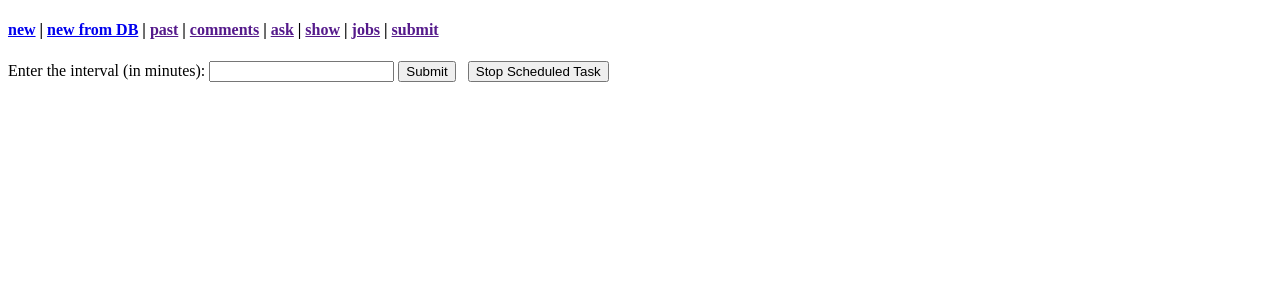
Repository: akshatmaheshwar/HackerNews-Clone
Page: http://localhost/HackerNews/dbnewest
These files come from the project's save history. The page is drawn as it stood at one moment and after the next save; the edit follows.
The browser window is 1280 px wide. The pictures show the whole page.
The page is served by Tomcat 10. Other server files are loaded and not shown. Queries for data that is not in the repository find no rows.

Above is the page before, as saved 2023-10-12 03:17:50.

### HackerNews/src/main/webapp/newest.jsp
<%@ page language="java" contentType="text/html; charset=ISO-8859-1"
    pageEncoding="ISO-8859-1"%>
    <%@ page import="java.util.ArrayList" %>
    <%@ page import="java.util.Iterator" %>
    <%@ page import="java.net.URI" %>
    <%@ page import="com.example.newest.Posts" %>
<!DOCTYPE html>
<html>
<head>
<meta charset="ISO-8859-1">
<title>Hacker News</title>
</head>
<body>
<%!
String timeDiff(Long timeStamp){
	long epoch = System.currentTimeMillis()/1000;
	long difference = epoch - timeStamp;
	if(difference/86400>0)return (difference/86400) + " days ago";
	if(difference/3600>0) return (difference/3600) + " hours ago";
	if (difference/60>0) return (difference/60) + " minutes ago";
	return (difference) + " seconds ago";
}
String getDomainName(String url){
	URI uri;
	try{
		uri = new URI(url);
		String host = uri.getHost();
		String domainName = host.startsWith("www.") ? host.substring(4) : host;
		return "(" + domainName + ")";
	}catch(Exception e){
		System.out.println(e);
	}
	return "";
}
%>
<h4> <a href ="newest">new</a>&nbsp;|&nbsp;<a href ="dbnewest">new from DB</a>&nbsp;|&nbsp;<a href ="">past</a>&nbsp;|&nbsp;<a href ="">comments</a>&nbsp;|&nbsp;<a href ="">ask</a>&nbsp;|&nbsp;<a href ="">show</a>&nbsp;|&nbsp;<a href ="">jobs</a>&nbsp;|&nbsp;<a href ="">submit</a></h4>
<% int startNo = 1;
if(request.getAttribute("pagination")!=null)startNo = (int)request.getAttribute("pagination")-29;%>
	<div style="display: flex;"><form action="scheduledservlet" method="post">
        Enter the interval (in minutes): <input type="text" name="intervalMinutes" required>
        <input type="submit" value="Submit">
    </form> &nbsp; &nbsp;
    <form action="stopscheduledservlet" method="post"><input type="submit" value="Stop Scheduled Task"></form></div>
<ol start = <%=startNo%>>
     <%
    ArrayList<Posts> postList = (ArrayList<Posts>)request.getAttribute("postList");

    if (postList != null) {
        Iterator<Posts> iterator = postList.iterator();
        while (iterator.hasNext()) {
            Posts item = iterator.next();
%>
            <li><span><a href ="<%=item.getUrl()%>"><%= item.getTitle() %></a> <%= getDomainName(item.getUrl())%> </span>
            <p><%=item.getScore()%> point &nbsp; Posted by <%=item.getBy() %> &nbsp; <%= timeDiff(item.getTime()) %><%if(item.getKids()!=null){%> &nbsp; <%=item.getKids().size()%> comments<%}%></p></li>
<%
        }
    }
%>
</ol>
<%if(request.getAttribute("pagination")!=null&&postList!=null&&!postList.isEmpty()){%> <a href = "dbnewest?pagination=${pagination}"> More</a><%} %>
</body>
</html>

### HackerNews/src/main/java/com/example/newest/DBNewestServlet.java
package com.example.newest;

import jakarta.servlet.ServletException;
import jakarta.servlet.annotation.WebServlet;
import jakarta.servlet.http.HttpServlet;
import jakarta.servlet.http.HttpServletRequest;
import jakarta.servlet.http.HttpServletResponse;
import java.io.IOException;
import java.math.BigDecimal;
import java.net.URL;
import java.sql.Connection;
import java.sql.DriverManager;
import java.sql.PreparedStatement;
import java.sql.ResultSet;
import java.sql.SQLException;
import java.sql.Statement;
import java.sql.Timestamp;
import java.time.Instant;
import java.util.ArrayList;
import java.util.List;
import java.util.Scanner;

import javax.net.ssl.HttpsURLConnection;

import com.fasterxml.jackson.databind.ObjectMapper;
@WebServlet("/dbnewest")
public class DBNewestServlet extends HttpServlet {
	private static final long serialVersionUID = 1L;

    public DBNewestServlet() {
        super();
    }
	protected void doGet(HttpServletRequest request, HttpServletResponse response) throws ServletException, IOException {
		int pagination = 0;
		if(request.getParameter("pagination")!=null)pagination = Integer.parseInt(request.getParameter("pagination"));
	    try {
			Class.forName("com.mysql.cj.jdbc.Driver");
		} catch (ClassNotFoundException e) {
			e.printStackTrace();
		}
	    try(Connection con = DriverManager.getConnection("jdbc:mysql://localhost:3306/HackerNews","root","root")){
	    	Statement st = con.createStatement();
	    	ResultSet rs = st.executeQuery("SELECT * FROM HackerNewsPost ORDER BY time DESC LIMIT 30 OFFSET " + pagination );
	    	List<Posts> postList = new ArrayList<Posts>();
	    	while(rs.next()) {
	    		Posts post = new Posts();
	    		post.setId(rs.getInt("id"));
	    		post.setBy(rs.getString("posted_by"));
	    		post.setDescendants(rs.getInt("descendants"));
	    		post.setScore(rs.getInt("score"));
	    		post.setText(rs.getString("text"));
	    		post.setTime(rs.getLong("time"));
	    		post.setTitle(rs.getString("title"));
	    		post.setType(rs.getString("type"));
	    		post.setUrl(rs.getString("url"));
	    		postList.add(post);
	    	}
	    	request.setAttribute("postList", postList);
	    }catch(Exception e) {e.printStackTrace();}
	    request.setAttribute("pagination", pagination+30);
        request.getRequestDispatcher("/newest.jsp").forward(request, response);

	}

	protected void doPost(HttpServletRequest request, HttpServletResponse response) throws ServletException, IOException {

		URL urlObj = new URL("https://hacker-news.firebaseio.com/v0/newstories.json?print=pretty");
		HttpsURLConnection connection = (HttpsURLConnection) urlObj.openConnection();
		connection.setRequestMethod("GET");
		int responseCode = connection.getResponseCode();

		if(responseCode == HttpsURLConnection.HTTP_OK) {
			StringBuilder sb = new StringBuilder();
			Scanner sc = new Scanner(connection.getInputStream());

			while(sc.hasNext())sb.append(sc.nextLine());
			sc.close();

			ObjectMapper om = new ObjectMapper();
			@SuppressWarnings("unchecked")
			List<Integer> jsonArr = om.readValue(sb.toString(),List.class);
			List<Posts> postList = new ArrayList<Posts>();

			for(int i=0;i<30;i++) {
				URL urlObj1 = new URL("https://hacker-news.firebaseio.com/v0/item/"+jsonArr.get(i)+".json?print=pretty");
				HttpsURLConnection connection1 = (HttpsURLConnection) urlObj1.openConnection();
				connection1.setRequestMethod("GET");
				int responseCode1 = connection1.getResponseCode();

				if(responseCode1 == HttpsURLConnection.HTTP_OK) {
					StringBuilder sb1 = new StringBuilder();
					Scanner sc1 = new Scanner(connection1.getInputStream());

					while(sc1.hasNext())sb1.append(sc1.nextLine());
					sc1.close();

					ObjectMapper om1 = new ObjectMapper();
					try{
						Posts post = om1.readValue(sb1.toString(),Posts.class);
						postList.add(post);
					}catch(Exception e) {
						System.out.println(e);
					}
				}
			}
			try {
			    Class.forName("com.mysql.cj.jdbc.Driver");
			} catch (ClassNotFoundException e) {
			    e.printStackTrace();
			}
			try(Connection con = DriverManager.getConnection("jdbc:mysql://localhost:3306/HackerNews","root","root")){
				try(PreparedStatement pst = con.prepareStatement("INSERT IGNORE INTO HackerNewsPost(id,posted_by,descendants,score,text,time,title,type,url) values(?,?,?,?,?,?,?,?,?)")){
					for(Posts post : postList) {
						pst.setInt(1, post.getId());
						pst.setString(2, post.getBy());
						pst.setInt(3, post.getDescendants());
						pst.setInt(4, post.getScore());
						pst.setString(5, post.getText());
						pst.setBigDecimal(6, new BigDecimal(post.getTime()));
						pst.setString(7,post.getTitle());
						pst.setString(8, post.getType());
						pst.setString(9,post.getUrl());
						pst.executeUpdate();
					}
					System.out.println("Updated DB successfully!");
				}catch(Exception e) {e.printStackTrace();}
			}catch(Exception e) {e.printStackTrace();}
//			request.setAttribute("postList", postList);
//			request.getRequestDispatcher("/comments").forward(request, response);
		}
	}

}

After the next save:
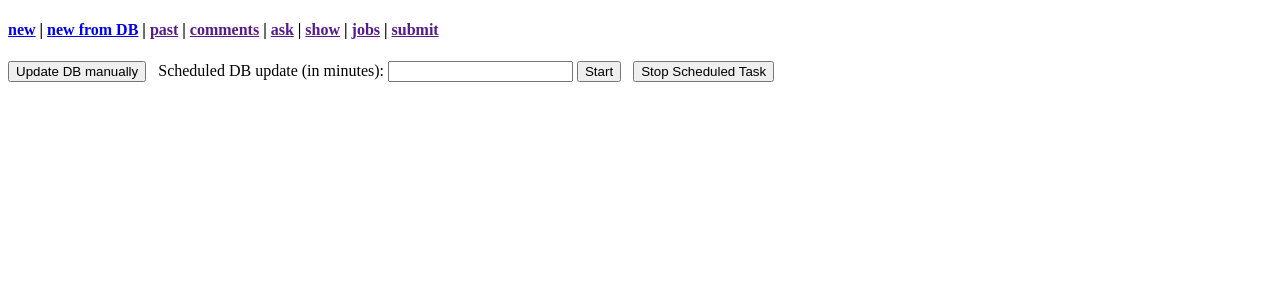
Saved 5 min 44 s later.
--- a/HackerNews/src/main/webapp/newest.jsp
+++ b/HackerNews/src/main/webapp/newest.jsp
@@ -36,9 +36,11 @@ String getDomainName(String url){
 <h4> <a href ="newest">new</a>&nbsp;|&nbsp;<a href ="dbnewest">new from DB</a>&nbsp;|&nbsp;<a href ="">past</a>&nbsp;|&nbsp;<a href ="">comments</a>&nbsp;|&nbsp;<a href ="">ask</a>&nbsp;|&nbsp;<a href ="">show</a>&nbsp;|&nbsp;<a href ="">jobs</a>&nbsp;|&nbsp;<a href ="">submit</a></h4>
 <% int startNo = 1;
 if(request.getAttribute("pagination")!=null)startNo = (int)request.getAttribute("pagination")-29;%>
-	<div style="display: flex;"><form action="scheduledservlet" method="post">
-        Enter the interval (in minutes): <input type="text" name="intervalMinutes" required>
-        <input type="submit" value="Submit">
+	<div style="display: flex;">
+	<form action="dbnewest" method="post"><input type="submit" value="Update DB manually"></form> &nbsp; &nbsp;
+	<form action="scheduledservlet" method="post">
+        Scheduled DB update (in minutes): <input type="text" name="intervalMinutes" required>
+        <input type="submit" value="Start">
     </form> &nbsp; &nbsp;
     <form action="stopscheduledservlet" method="post"><input type="submit" value="Stop Scheduled Task"></form></div>
 <ol start = <%=startNo%>>
